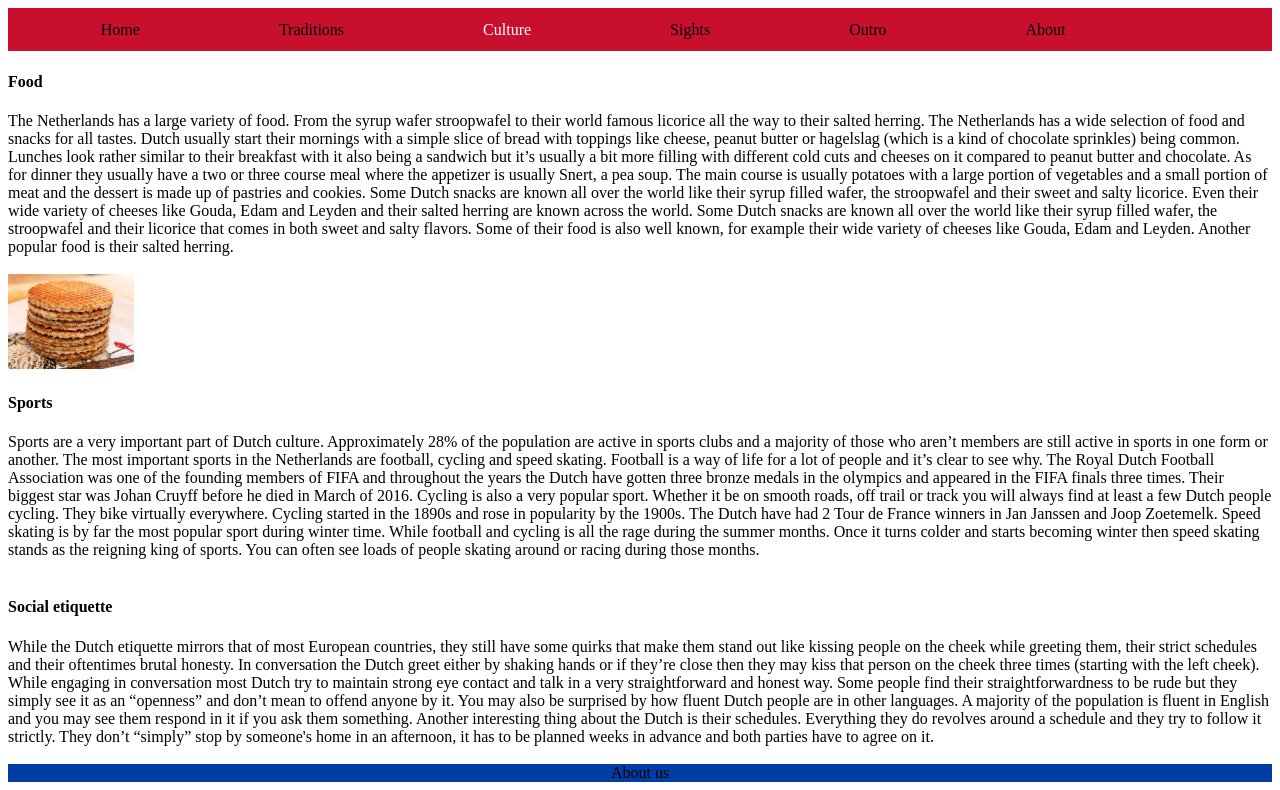
Repository: Cornman63/The-netherlands
Page: culture.html
An editor plug-in stored every save of this project. The page is shown before and after the next save, followed by the edit.
The browser window is 1280 px wide. The pictures show the whole page.

Above is the page before, as saved 2023-05-23 09:53:41.

After the next save:
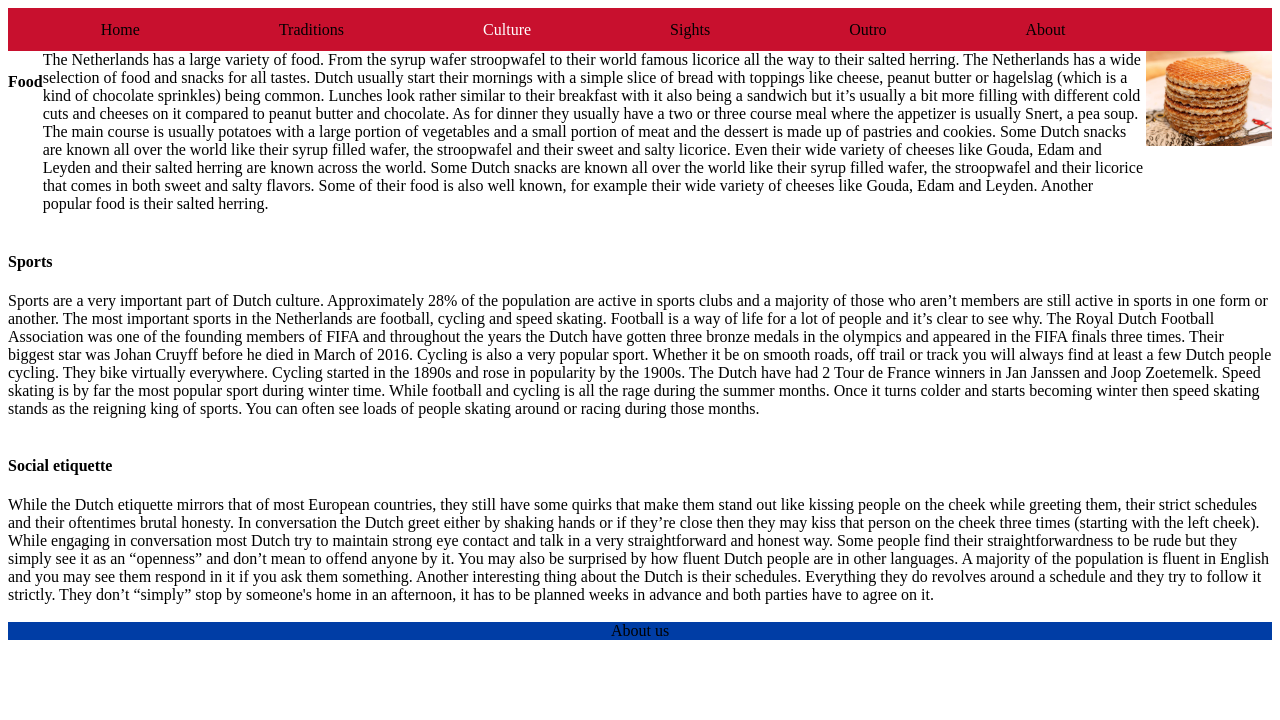
Saved 68 s later.
--- a/style.css
+++ b/style.css
@@ -24,4 +24,7 @@
     width: 10%;
     height: 10%;
 }
-.food
+.food {
+    display: flex;
+    flex-direction: row;
+}
